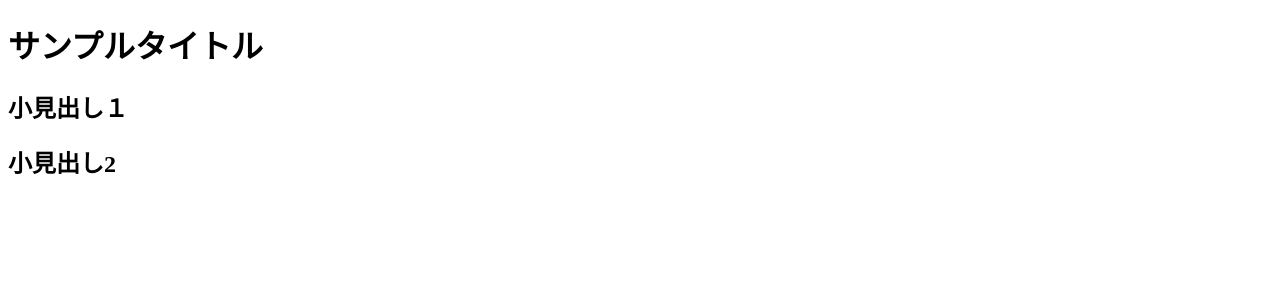
Repository: myojosamurai/Samurai_JS-
Page: javascript1/index9-3.html
The author's editor kept a record of every edit. The page is drawn from the files as they stood at one moment, then again after the next edit.
The browser window is 1280 px wide. The pictures show the whole page.

Above is the page before.

After the next edit:
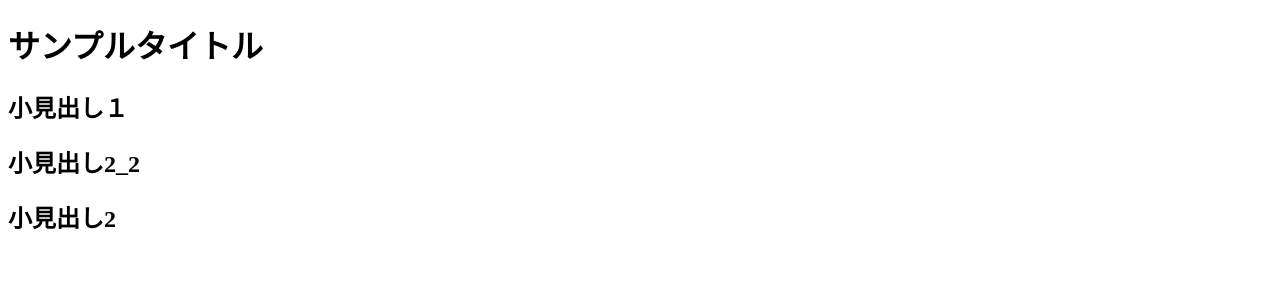
The edit:
--- a/javascript1/index9-3.html
+++ b/javascript1/index9-3.html
@@ -22,7 +22,7 @@
       const h2_2 = document.createElement('h2');
       h2_2.textContent = '小見出し2_2';
       const div_area1 = document.getElementById('area1');
-      div_area1.appendChild(h2);
+      div_area1.appendChild(h2_2);
 
 
   </script>

After the edit that followed:
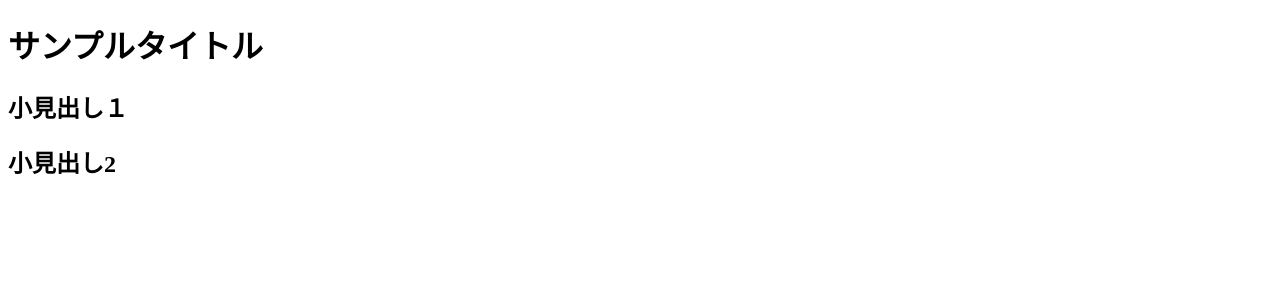
The edit:
--- a/javascript1/index9-3.html
+++ b/javascript1/index9-3.html
@@ -19,10 +19,10 @@
       document.body.appendChild(h2);// h2要素をdocument.bodyの末尾に追加
 
 
-      const h2_2 = document.createElement('h2');
-      h2_2.textContent = '小見出し2_2';
-      const div_area1 = document.getElementById('area1');
-      div_area1.appendChild(h2_2);
+      //----- 任意の場所に見出しを追加 ----//
+      //const h2_2 = document.createElement('h2');
+      //h2_2.textContent = '小見出し2_2';
+      //div_area1.appendChild(h2_2);
 
 
   </script>
